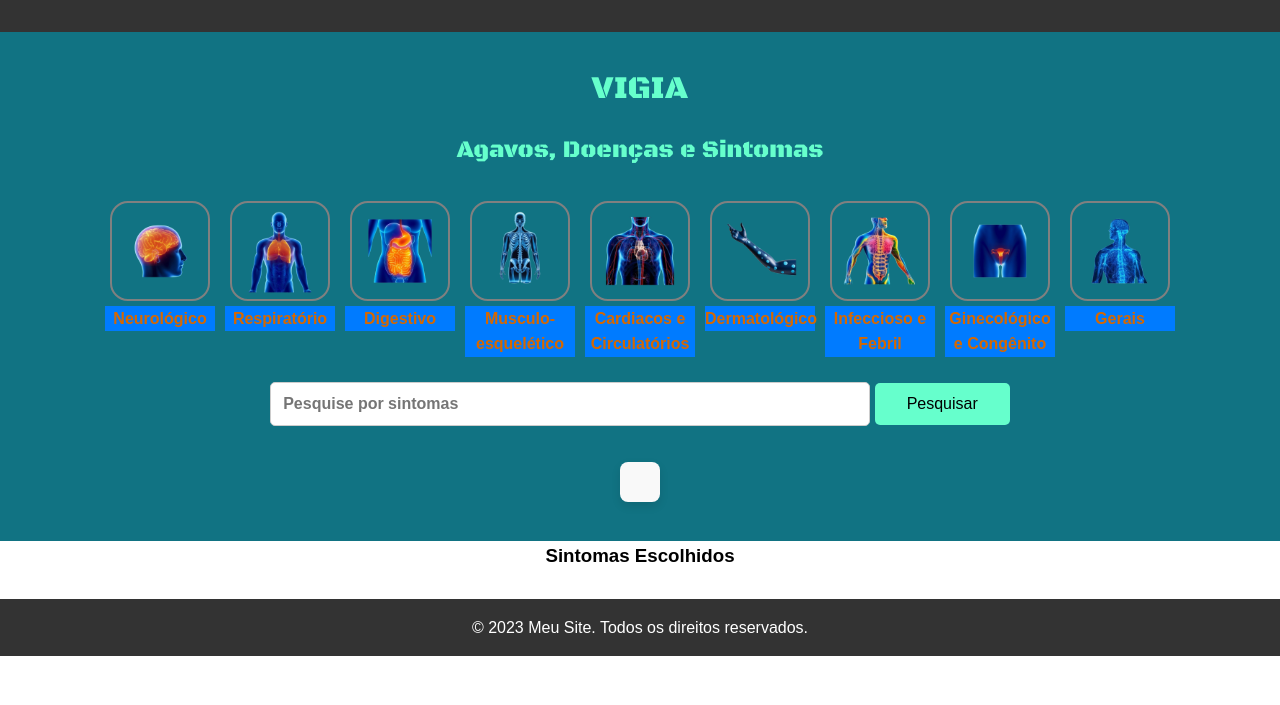
Repository: br-on/vigia
Page: index.html
An editor plug-in stored every save of this project. The page is shown before and after the next save, followed by the edit.
The browser window is 1280 px wide. The pictures show the whole page.
The pointer rests on the first visible `.grupos-sintomas`.
Some web fonts or font styles are not loaded; a fallback is used.

Above is the page before, as saved 2024-09-15 16:59:47.

After the next save:
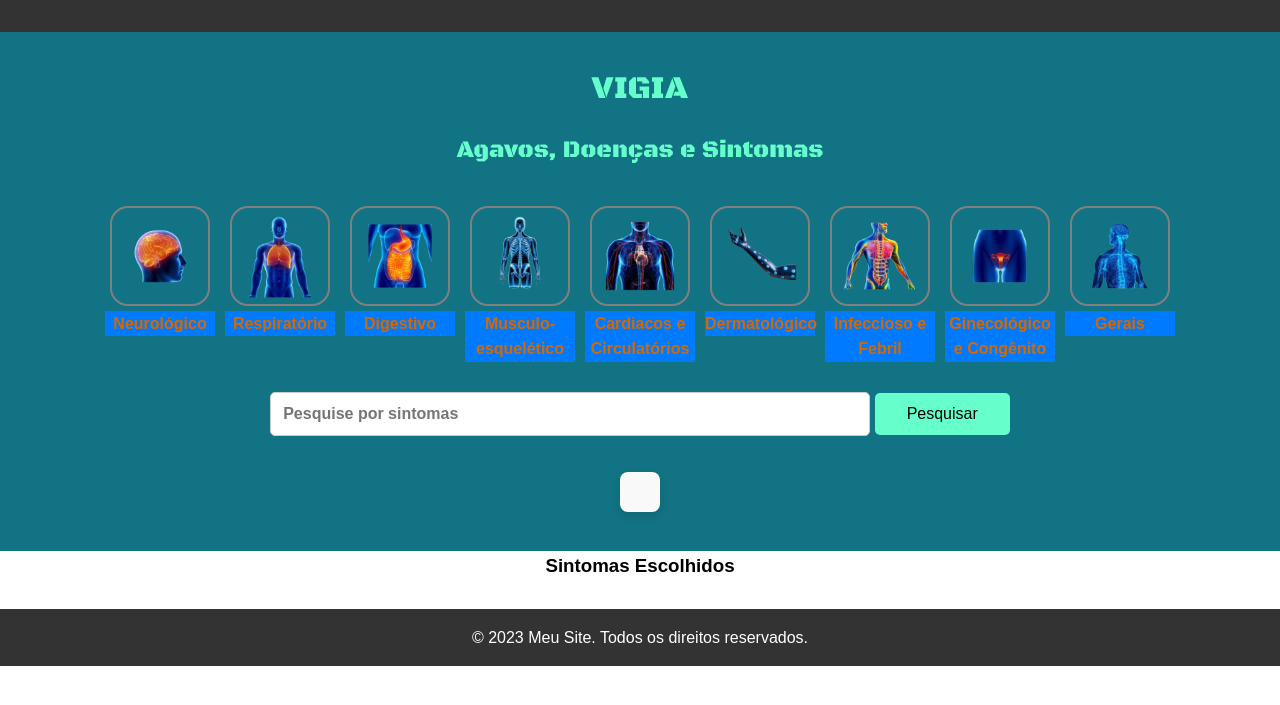
Saved 19 s later.
--- a/assets/style/style.css
+++ b/assets/style/style.css
@@ -267,7 +267,7 @@ footer {
 }
 
 .grupos-sintomas:hover {
-    padding: 10px;
+    margin: 15px;
 }
 
 .grupo-sintoma {
